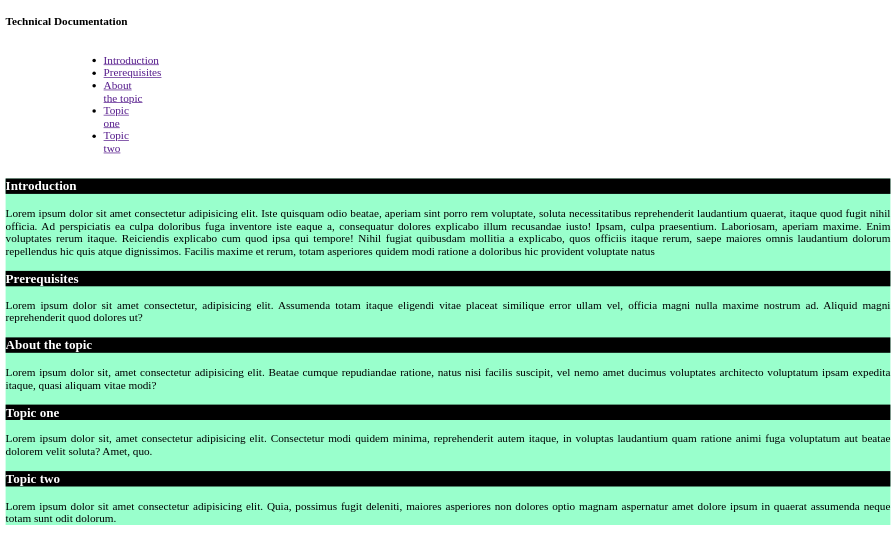
Repository: JoaoLemesDEV/Excercise-Tech-Documentation-Page
Page: index.html
The author's editor kept a copy of each file at every save. The page is drawn from the files as they stood at one save, then again after a run of saves.
The browser window is 1280 px wide. The pictures show the part of the page from y = 0 to 1920 px (the page is 766 px tall before and 2690 px after), at 70% of full size.

Above is the page before, as saved 2021-10-03 21:26:03.

After the next 2 saves:
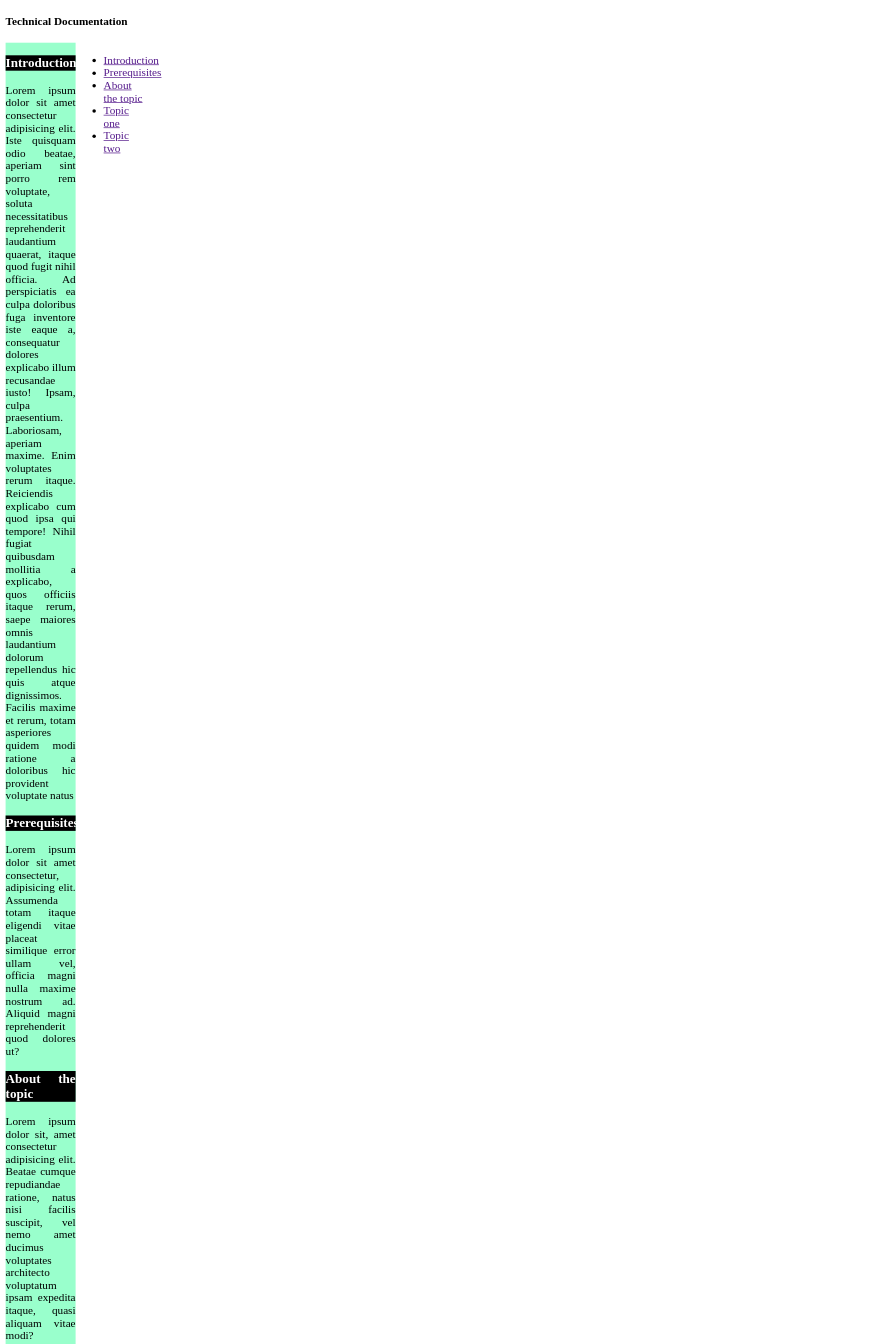
The 2 saves are shown as one change because they came seconds apart.
The last was saved 7 s later.
--- a/index.html
+++ b/index.html
@@ -10,7 +10,7 @@
   <body>
     <header><h4>Technical Documentation</h4></header>
     <div class="wrapper">
-      <aside></aside>
+      <aside>
         <nav>
           <ul>
             <li><a href="">Introduction</a></li>
@@ -20,7 +20,7 @@
             <li><a href="">Topic two</a></li>
           </ul>
         </nav>
-      </div>
+      </aside>
       <div id="contents">
         <section id="introduction">
           <h3 style="background: black; color: white">Introduction</h3>
